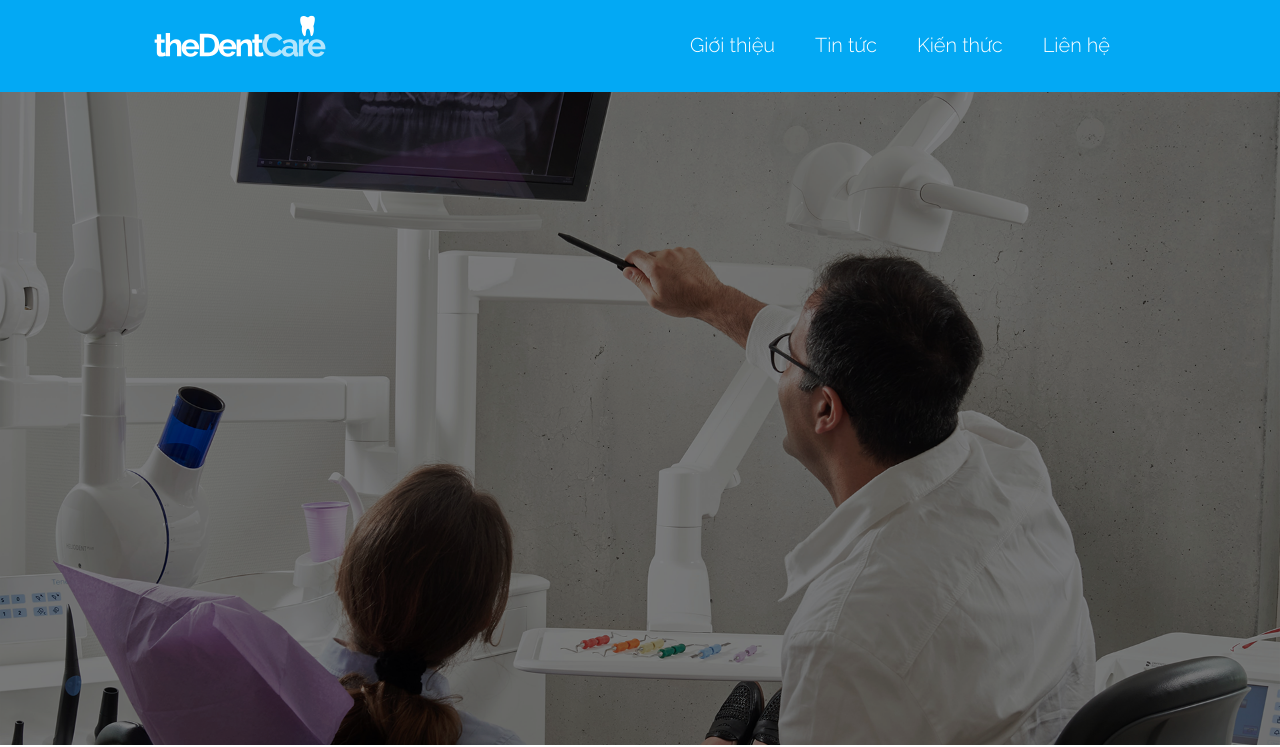
Repository: vantoan19/theDentCare
Page: /news (app in theDentalCare/the-dental-care/)
An editor plug-in stored every save of this project. The page is shown before and after the next save, followed by the edit.
The browser window is 1280 px wide. The pictures show the whole page.
The project was rebuilt for these pictures with package versions that can differ from the ones it lists, and the page was loaded fresh each time. The framework's server and built-in components were replaced by stand-ins that run in the browser.

Above is the page before, as saved 2022-09-22 01:41:55.

### theDentalCare/the-dental-care/pages/_app.js
import { createGlobalStyle } from "styled-components";

const GlobalStyle = createGlobalStyle`
    html,
    body {
        padding: 0;
        margin: 0;
        font-family: Raleway;
        font-size: 10px;
    }

    * {
        box-sizing: border-box;
    }
`;

function MyApp({ Component, pageProps }) {
  return (
    <>
      <GlobalStyle />
      <Component {...pageProps} />
    </>
  );
}

export default MyApp

### theDentalCare/the-dental-care/pages/_document.js
// pages/_document.js

import { Html, Head, Main, NextScript } from 'next/document'

export default function Document() {
  return (
    <Html>
      <Head>
        <link
          href="https://fonts.googleapis.com/css2?family=Raleway:ital,wght@0,100;0,200;0,300;0,400;0,500;0,600;0,700;0,800;0,900;1,100;1,200;1,300;1,400;1,500;1,600;1,700;1,800;1,900&display=swap"
          rel="stylesheet"
        />
      </Head>
      <body>
        <Main />
        <NextScript />
      </body>
    </Html>
  )
}

### theDentalCare/the-dental-care/pages/news/index.js
import styled from "styled-components"
import NavBar from "../../components/NavBar/NavBar"

const BackgroundImage = styled.img`
  width: 100%;
`

const BackgroundContainer = styled.div`
  width: 100vw;
`

export default function Home() {
    return (
      <div>
        <NavBar/>
        <BackgroundContainer>
          <BackgroundImage src='/backgroundImage.png' alt='background image'/>
        </BackgroundContainer>
      </div>
    )
}

### theDentalCare/the-dental-care/components/NavBar/NavBar.jsx
import React from 'react'
import styled from 'styled-components'
import Logo from './Logo/Logo'
import NavItem from './NavItem/NavItem'

const LogoContainer = styled.div`
  margin: 0 150px;
`

const NavItemsGroup = styled.div`
  display: flex;
  height: 90px;
  align-items: center;
  margin: 0 150px;
`

const NavContainer = styled.div`
  background-color: #03A9F4;
  display: flex;
  flex-direction: row;
  justify-content: space-between;
  box-shadow: 0px 2px 0px 2px #B3E5FC;
`

const NavBar = () => {
  return (
    <NavContainer>
      <LogoContainer>
        <Logo/>
      </LogoContainer>
      <NavItemsGroup>
        <NavItem>Giới thiệu</NavItem>
        <NavItem>Tin tức</NavItem>
        <NavItem>Kiến thức</NavItem>
        <NavItem>Liên hệ</NavItem>
      </NavItemsGroup>
    </NavContainer>
  )
}

export default NavBar

### theDentalCare/the-dental-care/components/NavBar/Logo/Logo.jsx
import React from 'react'
import styled from 'styled-components'


const StyledLogo = styled.img`
  width: 180px;
`

const Logo = () => {
  return (
    <StyledLogo src='/theDentCare.svg'/>
  )
}

export default Logo

### theDentalCare/the-dental-care/components/NavBar/NavItem/NavItem.jsx
import React from 'react'
import styled from 'styled-components'

const StyledSpan = styled.span`
    cursor: pointer;
    margin: 0px 20px;
    font-size: 2rem;
    font-weight: 300;
    color: #fff;
`

const NavItem = (props) => {
    return (
      <StyledSpan className='nav-item'>{props.children}</StyledSpan>
    )
}

export default NavItem

After the next save:
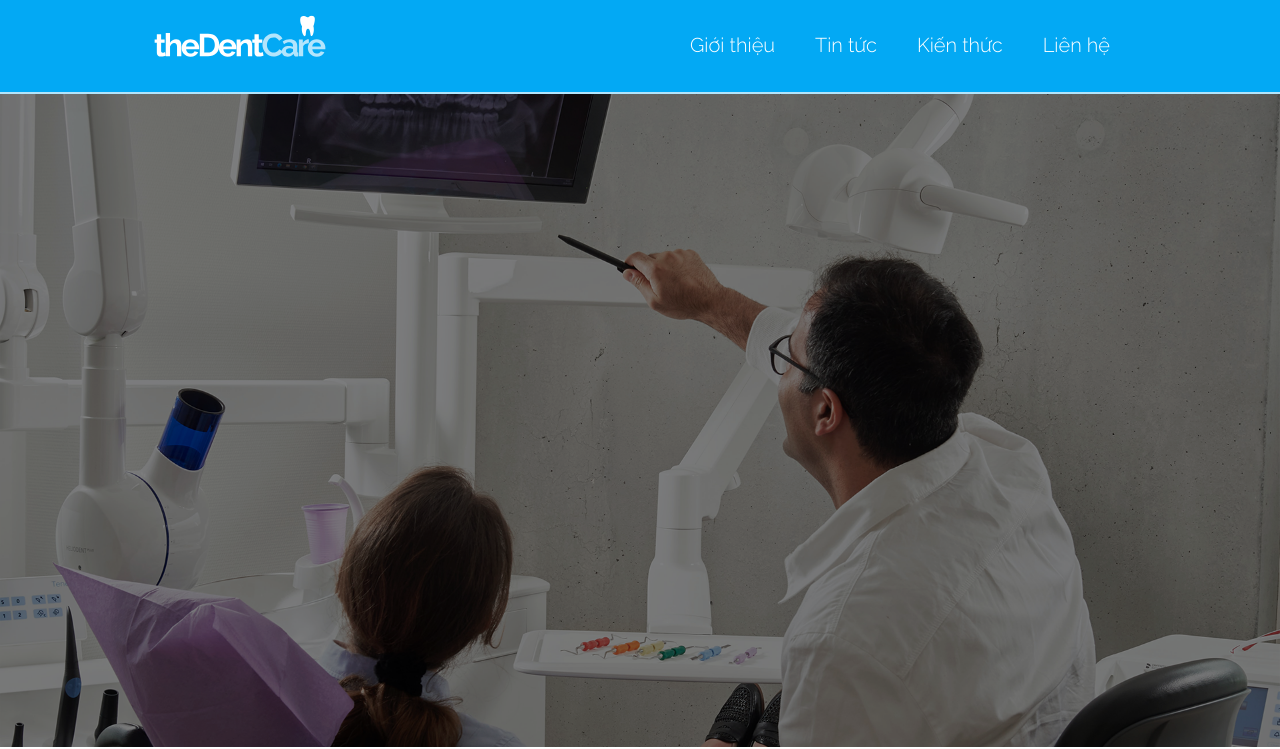
Saved 23 s later.
--- a/theDentalCare/the-dental-care/components/NavBar/NavBar.jsx
+++ b/theDentalCare/the-dental-care/components/NavBar/NavBar.jsx
@@ -20,6 +20,7 @@
   flex-direction: row;
   justify-content: space-between;
   box-shadow: 0px 2px 0px 2px #B3E5FC;
+  margin-bottom: 2px;
 `
 
 const NavBar = () => {
